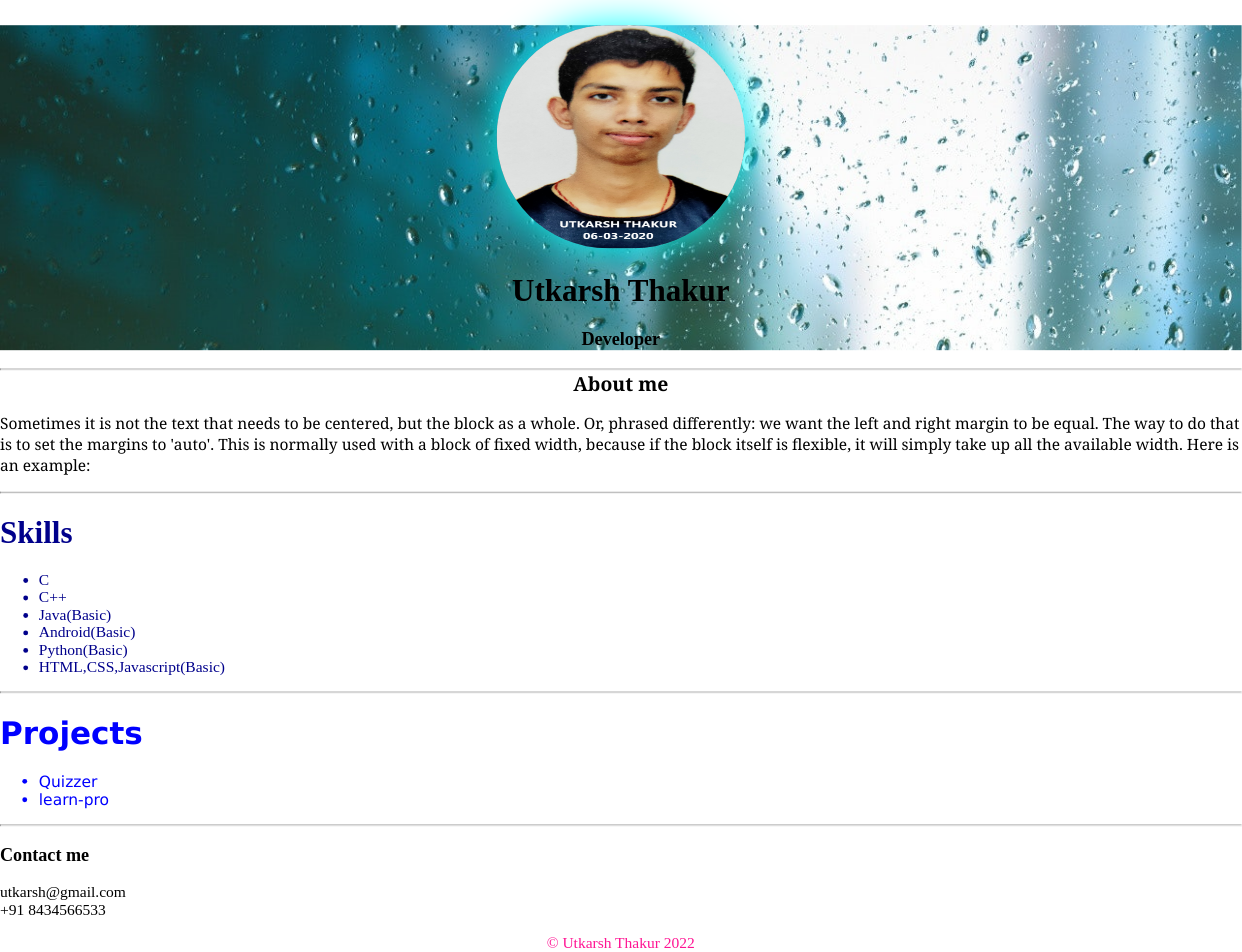
Repository: UtkarshThakur321/Utkarsh-Thakur-Profile
Page: index.html
These files come from the project's save history. The page is drawn as it stood at one moment and after the next save; the edit follows.
The browser window is 1280 px wide. The pictures show the whole page, at 97% of full size.

Above is the page before, as saved 2022-01-18 22:48:48.
Not found: main.js

After the next save:
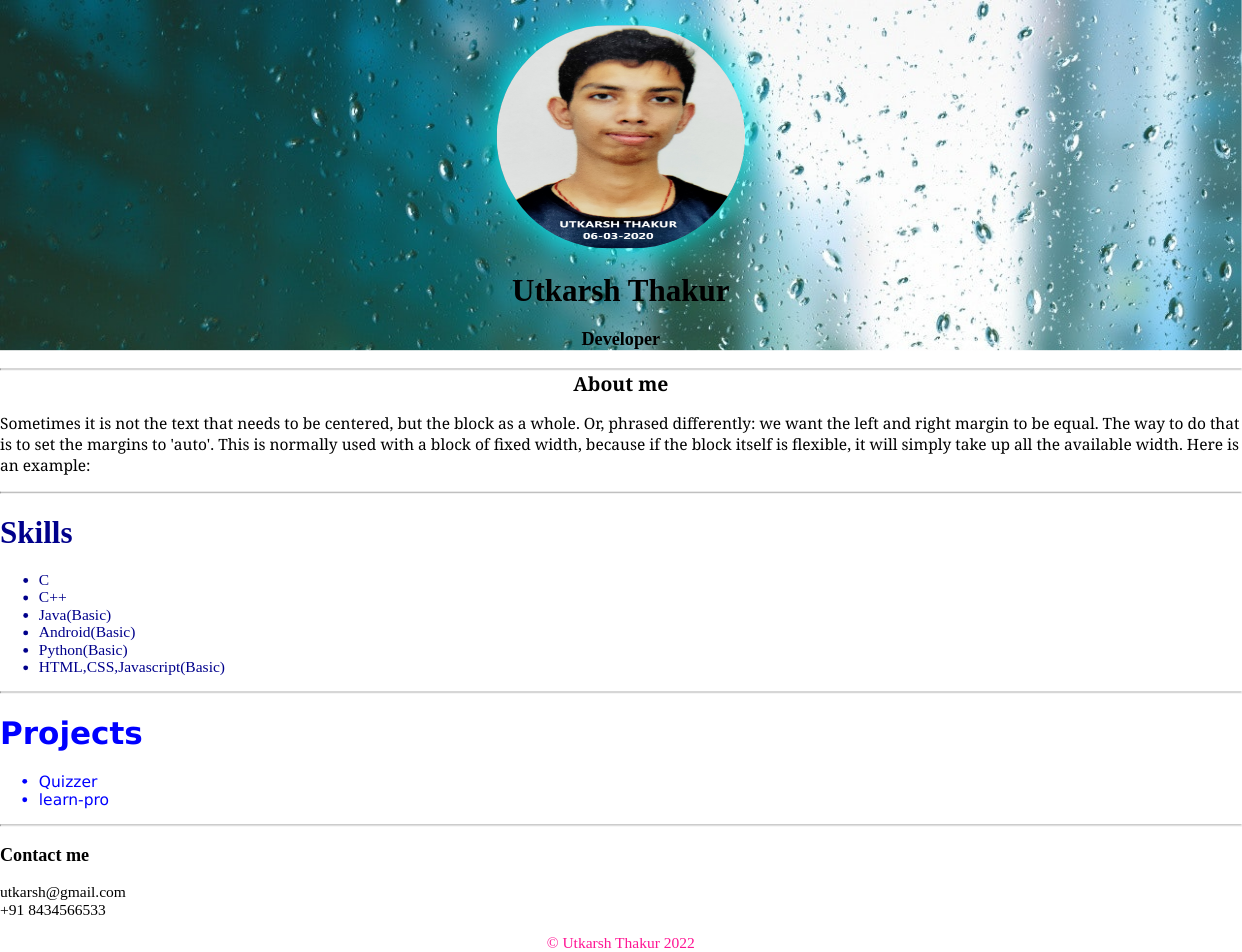
Saved 25 s later.
--- a/index.css
+++ b/index.css
@@ -10,9 +10,10 @@ body{
     background-image:url("./bg.jpg");
 }
 #profileImage{
-    margin-top: 2%;
 }
 #profileImage>img{
+    margin-top: 2%;
+
     height:230px;
     width:20%;
     border-radius: 120px;
